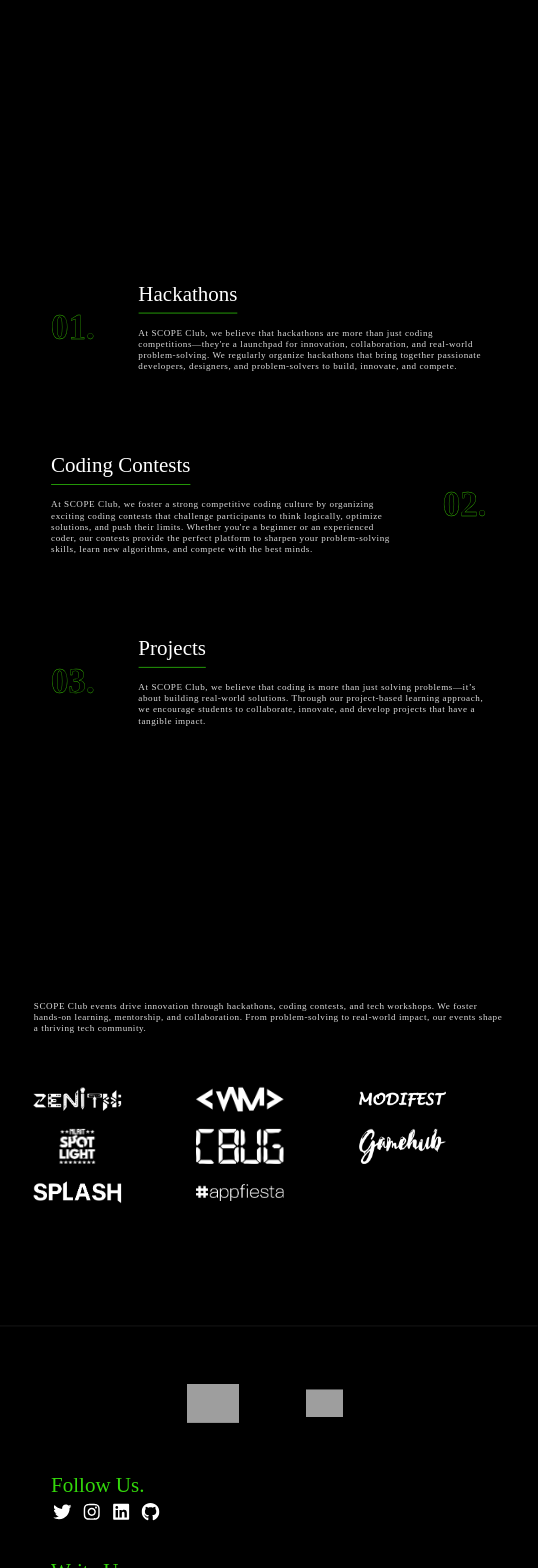
Repository: vajjipartisatwikraj/scopeclub
Page: /home
These files come from the project's save history. The page is drawn as it stood at one moment and after the next save; the edit follows.
The browser window is 768 px wide. The pictures show the part of the page from y = 1634 to 3874 px (the page is 4110 px tall before and 3950 px after), at 70% of full size.
Pictures or frames that could not be fetched are drawn as grey boxes. Some web fonts or font styles are not loaded; a fallback is used. The project was rebuilt for these pictures with package versions that can differ from the ones it lists, and the page was loaded fresh each time. Also part of the build but not shown: src/components/Team/Team.css, src/Assets/Data/TeamData.js, src/Assets/Data/TeamData22.js, src/Assets/Data/TeamData23.js, src/Assets/Data/TeamData24.js, src/Assets/Data/TeamData25.js, src/Assets/Data/TeamData26.js, src/Assets/Data/TeamData27.js and 15 more.

Above is the page before, as saved 2025-02-16 14:46:59.

### public/index.html
<!DOCTYPE html>
<html lang="en">
  <head>
    <meta charset="utf-8" />
    <link rel="icon" href="%PUBLIC_URL%/favicon.ico" />
    <!-- Bootstrap CSS -->

    <meta name="viewport" content="width=device-width, initial-scale=1" />
    <meta name="theme-color" content="#000000" />
    <meta
      name="description"
      content="Web site created using create-react-app"
    />
    <link rel="apple-touch-icon" href="%PUBLIC_URL%/logo192.png" />
    <!--
      manifest.json provides metadata used when your web app is installed on a
      user's mobile device or desktop. See https://developers.google.com/web/fundamentals/web-app-manifest/
    -->
    <link rel="manifest" href="%PUBLIC_URL%/manifest.json" />
    <!--
      Notice the use of %PUBLIC_URL% in the tags above.
      It will be replaced with the URL of the `public` folder during the build.
      Only files inside the `public` folder can be referenced from the HTML.

      Unlike "/favicon.ico" or "favicon.ico", "%PUBLIC_URL%/favicon.ico" will
      work correctly both with client-side routing and a non-root public URL.
      Learn how to configure a non-root public URL by running `npm run build`.
    -->
    <title>React App</title>
    <script type="module" src="https://unpkg.com/@splinetool/viewer@1.9.68/build/spline-viewer.js"></script>

    <link href="https://cdn.jsdelivr.net/npm/bootstrap@5.3.3/dist/css/bootstrap.min.css" rel="stylesheet" integrity="sha384-QWTKZyjpPEjISv5WaRU9OFeRpok6YctnYmDr5pNlyT2bRjXh0JMhjY6hW+ALEwIH" crossorigin="anonymous">
  </head>
  <body>
    <noscript>You need to enable JavaScript to run this app.</noscript>
    <div id="root"></div>
    <!--
      This HTML file is a template.
      If you open it directly in the browser, you will see an empty page.

      You can add webfonts, meta tags, or analytics to this file.
      The build step will place the bundled scripts into the <body> tag.

      To begin the development, run `npm start` or `yarn start`.
      To create a production bundle, use `npm run build` or `yarn build`.
    -->
    <script src="https://cdn.jsdelivr.net/npm/bootstrap@5.3.3/dist/js/bootstrap.bundle.min.js" integrity="sha384-YvpcrYf0tY3lHB60NNkmXc5s9fDVZLESaAA55NDzOxhy9GkcIdslK1eN7N6jIeHz" crossorigin="anonymous"></script>
  </body>
</html>

### src/App.js
import { BrowserRouter as Router, Routes, Route } from 'react-router-dom';
import Navbar from './components/Navbar';
import Home from './components/Home';
import Teams from './components/Team/Team';
import Events from './components/Events/Events';
import Resources from './components/resources/Resources';
import './App.css';
import { gsap } from 'gsap';
import { ScrollTrigger } from 'gsap/ScrollTrigger';
import React, { useEffect} from 'react';
import Footer from './components/Footer';
import ContactUs from './components/ContactUs/ContactUs';

gsap.registerPlugin(ScrollTrigger);

function App() {


  useEffect(() => {
    setTimeout(() => {
      const coords = { x: 0, y: 0 };
      const circles = document.querySelectorAll('.circle');
      if (circles.length === 0) return;

      circles.forEach((circle) => {
        circle.x = 0;
        circle.y = 0;
      });

      window.addEventListener('mousemove', (e) => {
        coords.x = e.clientX;
        coords.y = e.clientY;
      });

      function animateCircles() {
        let x = coords.x;
        let y = coords.y;

        circles.forEach((circle, index) => {
          if (!circle) return;

          circle.style.left = `${x - 12}px`;
          circle.style.top = `${y - 12}px`;
          circle.style.scale = (circles.length - index) / circles.length;
          circle.x = x;
          circle.y = y;

          const nextCircle = circles[index + 1] || circles[0];
          x += (nextCircle.x - x) * 0.3;
          y += (nextCircle.y - y) * 0.3;
        });

        requestAnimationFrame(animateCircles);
      }

      animateCircles();
    }, 100);
  }, []);

  return (
    <>
    <Router>
      <Navbar />
      <Routes>
        <Route path="/home" element={<Home />} />
        <Route path="/teams" element={<Teams />} />
        <Route path="/events" element={<Events />} />
        <Route path="/resources" element={<Resources />} />
        <Route path="/contact" element={<ContactUs />} />
      </Routes>
      <Footer/>
    </Router>
    {/* Cursor effect elements */}
    {[...Array(20)].map((_, index) => (
      <div key={index} className="circle"></div>
    ))}</>
  );
}

export default App;

### src/App.css

* {
  padding: 0px;
  margin: 0px;
}

::-webkit-scrollbar {
  display: none;
}

@font-face {
  font-family: "turnkey-bold";
  src: url(C:\Users\SATWIK\OneDrive\Desktop\scope-website\public\fonts\TurnkeyLite-Bold.otf)
    format("woff2");
  font-weight: normal;
  font-style: normal;
}

@font-face {
  font-family: "turnkey-medium";
  src: url(C:\Users\SATWIK\OneDrive\Desktop\scope-website\public\fonts\TurnkeyLite-Medium.otf)
    format("woff2");
  font-weight: normal;
  font-style: normal;
}

@font-face {
  font-family: "turnkey-light";
  src: url(C:\Users\SATWIK\OneDrive\Desktop\scope-website\public\fonts\TurnkeyLite-ExtraLight.otf)
    format("woff2");
  font-weight: normal;
  font-style: normal;
}


@font-face {
  font-family: 'MADE-OUTER-SANS';
  src: url('../public/fonts/MADEOuterSansBoldPERSONALUSE.otf') format('truetype');
}

.green-container {
  width: 100%;
  height: 112vh;
  display: flex;
  justify-content: center;
}

.inner-container {
  position: relative; /* Needed for absolute positioning */
  width: 95%;
  height: 85%;
  border-radius: 0px 0px 19.548px 19.548px;
  overflow: hidden;
  display: flex;
  justify-content: space-between;
  background: linear-gradient(
    180deg,
    rgba(0, 0, 0, 0.33) 0%,
    rgba(9, 16, 0, 0.37) 54.9%,
    rgba(35, 63, 0, 0.5) 76.4%,
    rgba(68, 124, 0, 0.5) 98.4%
  );
}

.circle-light {
  position: relative;
  top: 30%;
  left: 40%;
  width: 20%;
  height: 20%;
  border-radius: 500px;
  background-color: rgba(87, 201, 90, 0.5);
  filter: blur(303.035400390625px);
}

.grid-image-left {
  width: 40%;
  height: 100%;
  position: relative;
  bottom: 0%;
  background-image: url(C:\Users\SATWIK\OneDrive\Desktop\scope-website\public\images\Vector1.png);
  background-size: cover;
  background-size: contain;
  background-repeat: no-repeat;
  background-position: right bottom;
}

.grid-image-right {
  width: 40%;
  height: 100%;
  position: relative;
  bottom: 0%;
  background-image: url(C:\Users\SATWIK\OneDrive\Desktop\scope-website\public\images\Vector2.png);
  background-size: cover;
  background-size: contain;
  background-repeat: no-repeat;
  background-position: left bottom;
  z-index: 2;
}

.top-layer {
  position: absolute;
  z-index: 1;
  display: flex;
  align-items: center;
  flex-direction: column;
  align-items: center;
  top: 30%;
}

.head {
  font-family: turnkey-bold;
  color: white;
  font-size: 500%;
  letter-spacing: -2px;
  margin-bottom: 0px;
}

.highlighted {
  font-family: turnkey-bold;
  color: #36be00;
}

.caption {
  margin-top: 1%;
  font-family: turnkey-light;
  font-size: 16px;
  font-weight: 100;
  color: white;
  width: 60%;
  line-height: 154.513%; /* 25.29px */
  letter-spacing: 1px;
  text-align: center;
}

.hw-container {
  margin-bottom: 3%;
  width: 200px;
  height: 8vh;
  border-radius: 27.44px;
  border: 0.61px solid #36be00;
  box-shadow: 0px 0px 4.878px 2.439px rgba(54, 190, 0, 0.25);
  display: flex;
  align-items: center;
  justify-content: space-around;
  padding-left: 10px;
}

.hw-text {
  font-family: turnkey-light;
  font-size: 25px;
  color: white;
  margin: 0px;
  width: fit-content;
  text-overflow: ellipsis;
}

.hw-arrow {
  width: 20%;
  height: 90%;
  position: relative;
  background-image: url(C:\Users\SATWIK\OneDrive\Desktop\scope-website\public\images\arrow.png);
  background-size: cover;
  background-size: contain;
  background-repeat: no-repeat;
  background-position: center;
}

.fontChange {
  font-family: "Gill Sans", "Gill Sans MT", Calibri, "Trebuchet MS", sans-serif;
}

@keyframes expandCircle {
  0% {
    width: 0px;
    height: 0px;
    opacity: 0;
  }
  100% {
    width: var(--circle-size);
    height: var(--circle-size);
    opacity: 1;
  }
}

div.circles {
  width: 50%;
  height: 10vh;
  position: absolute;
  z-index: 1;
  display: flex;
  justify-content: center;
  align-items: center;
  top: 100%;
  left: 25%;
  opacity: 0.3;
}

div.circle1,
div.circle2,
div.circle3 {
  position: absolute;
  border-radius: 50%;
  animation: expandCircle 0.6s cubic-bezier(0.25, 1, 0.5, 1) forwards;
}

/* Circle 1 */
div.circle1 {
  --circle-size: 300px;
  background: rgba(0, 135, 4, 0.5);
  animation-delay: 0s;
}

/* Circle 2 */
div.circle2 {
  --circle-size: 400px;
  background: rgba(43, 145, 46, 0.2);
  animation-delay: 0.15s;
}

/* Circle 3 */
div.circle3 {
  --circle-size: 500px;
  background: rgba(43, 145, 46, 0.2);
  animation-delay: 0.3s;
}

.inside-scope {
  width: 100%;
  height: 100%;
  margin-top: 10%;
  margin-bottom: 10%;
  display: flex;
  align-items: center;
}

@keyframes expandBlurredCircle {
  from {
    width: 0;
    height: 0;
    opacity: 0;
    filter: blur(0px);
  }
  to {
    width: 40%;
    height: 80%;
    opacity: 1;
    filter: blur(200px);
  }
}

.is-circle-light {
  position: absolute;
  align-items: center;
  z-index: 1;
  height: 80%;
  width: 40%;
  border-radius: 500px;
  background: rgba(51, 217, 11, 0.25);
  filter: blur(200px);
  opacity: 0; /* Initially hidden */
  animation: expandBlurredCircle 1s ease-out forwards;
  animation-play-state: paused; /* Pause the animation initially */
}

/* Use a scroll-based approach to trigger the animation */
@media (prefers-reduced-motion: no-preference) {
  .is-circle-light {
    animation-play-state: running; /* Start the animation */
    animation-timeline: view();
  }
}

.is-top-layer {
  display: flex;
  align-items: center;
  justify-content: center;
  gap: 30px;
  z-index: 5;
  padding-left: 5%;
  padding-right: 5%;
}

.is-image {
  width: 130%;
  height: 70vh;
  overflow: hidden;
  display: flex;

  align-items: center;
}

spline-viewer {
  transform: scale(1.3); /* Adjust scale to zoom in */
  width: 120%; /* Make it wider */
  height: 120%; /* Make it taller */
}

.is-contents {
  align-items: start;
  display: flex;
  flex-direction: column;
  gap: 20px;
}

.is-head {
  font-family: turnkey-light;
  color: white;
  font-size: 5vw;
  letter-spacing: -2px;
  margin: 0px;
}

.is-caption {
  width: 80%;
  font-size: 18px;
  color: white;
  font-family: turnkey-light;
  line-height: 30px; /* 150% */
  letter-spacing: 0.05rem;
}

body {
  background-color: black;
  margin: 0;
}

.circle {
  height: 24px;
  width: 24px;
  border-radius: 50%;
  background-color: white;
  position: fixed;
  top: 0;
  left: 0;
  pointer-events: none;
  z-index: 99999999; /* Ensures it stays on top */
  opacity: 0.8;
  transition: transform 0.1s ease-out;
}

/*What do we do?*/

.wdwd {
  width: 100%;
  height: 100%;
  padding: 5%;
  display: flex;
  flex-direction: column;
  align-items: center;
  padding-top: 0px;
  padding-bottom: 0px;
}

.wdwd-head {
  font-size: 60px;
  font-family: turnkey-light;
  color: white;
}

.wdwd-main-container {
  margin: 150px;
  margin-top: 60px;
}

.wdwe-01-container,
.wdwe-02-container,
.wdwe-03-container {
  display: flex;
  align-items: center;
  padding-top: 50px;
  gap: 10%;
}

.wdwd-01-num,
.wdwd-02-num,
.wdwd-03-num {
  -webkit-text-stroke-width: 1px;
  -webkit-text-stroke-color: #36be00;
  color: transparent;
  font-family: turnkey-bold;
  font-size: 300px;
  font-style: normal;
  font-weight: 700;
  line-height: normal;
  transition: color 0.3s ease-in-out;
}

.wdwd-01,
.wdwd-02,
.wdwd-03 {
  display: flex;
  flex-direction: column;
  gap: 20px;
}

.wdwd-01-head,
.wdwd-02-head,
.wdwd-03-head {
  width: fit-content;
  padding-bottom: 10px;
  color: #fff;
  font-family: "FONTSPRING DEMO - Turnkey Medium";
  font-size: 50px;
  font-style: normal;
  font-weight: 500;
  line-height: normal;
  border-bottom: 4px solid #33d90b;
  margin: 0px;
}

.wdwd-01-content,
.wdwd-02-content,
.wdwd-03-content {
  color: #ffffffdb;
  font-family: turnkey-light;
  font-size: 16px;
  font-style: normal;
  font-weight: 100;
  line-height: normal;
  letter-spacing: 0.05rem;
}

/*brand-events */

.brand-events {
  height: 70vh;
  padding-top: 50px;
  margin-bottom: 200px;
  margin: 200px;
  display: flex;
  flex-direction: column;
  gap: 60px;
  margin-top: 0px;
}

.brand-events-top-container {
  display: flex;
  flex-direction: column;
  gap: 20px;
}


.brand-events-bottom-container {
  padding-bottom: 100px;
}

.brand-events-head {
  font-size: 60px;
  font-family: turnkey-bold;
  color: white;
}

.brand-events-caption {
  color: #ffffffdb;
  font-family: turnkey-light;
  font-size: 16px;
  font-style: normal;
  font-weight: 100;
  line-height: normal;
  letter-spacing: 0.05rem;
}

.logo-container {
  width: 100%;
  display: grid;
  gap: 60px;
  justify-content: center;
  align-items: center;
}

.logo {
  width: 60%;
  height: auto;
  object-fit: contain;
}

.line{
  color: #808080;
  height: 1px;
  width: 100%;
}

.footer-container{
  display: flex;
  flex-direction: column;
  align-items: center;
  justify-content: center;
  gap: 10%;
  height: 115%;
  padding: 5%;
}


.footer-bottom-container{
  width: 90%;
  display: flex;
  align-items: flex-start;
  gap: 15%;
  margin-top: 10%;
}

.footer-top-container{
  width: 100%;
  display: flex;
  padding: 4%;
  align-items: center;
  justify-content: center;
  gap: 70px;
  padding-bottom: 0px;
}

.scope,.mlrit{
  width: 20%;
  height: 7vh;
  position: relative;
  background-image: url(C:\Users\SATWIK\OneDrive\Desktop\scope-website\public\images\scope.png);
  background-size: cover;
  background-size: contain;
  background-repeat: no-repeat;
  background-position: center;
}

.mlrit{
  background-image: url(C:\Users\SATWIK\OneDrive\Desktop\scope-website\public\images\mlrit.png);
  height: 5vh;
}

.flwus-text,.writeus-text,.meet-text{
  font-family: turnkey-medium;
  font-size: 2.5rem;
  color: #33d90b;
}

.flwus-content,.writeus-content,.meet-content{
  font-family: turnkey-light;
  font-size: 1rem;
  color: #fff;
  letter-spacing: 0.05rem;
}

.social{
  display: flex;
}

.twitter,.instagram,.linkedIn,.github{
  height: 10vh;
  width: 30%;
  margin: 10px;
  margin-top: 0px;
  fill: #fff;
  cursor: pointer;
}

/* Desktop: 2x4 grid */
@media (min-width: 1024px) {
  .logo-container {
    grid-template-columns: repeat(4, 1fr);
    grid-template-rows: repeat(2, auto);
  }
}

/* Tablet: 3x3 grid */
@media (min-width: 768px) and (max-width: 1023px) {
  .logo-container {
    grid-template-columns: repeat(3, 1fr);
    grid-template-rows: repeat(3, auto);
  }
  .circle {
    visibility: hidden;
  }
}

/* Mobile: 3x3 grid */
@media (max-width: 768px) {


  .green-container{
    height: 100vh;
  }

  .hw-container {
    height: 6vh;
    width: 40%;
    padding-right: 5px;
  }

  .top-layer{
    top: 25%;
  }

  .head{
    text-align: center;
    margin-top: 5%;
    font-size: 50px;
    margin-bottom: 5%;
    line-height: 55px;
  }

  .caption{
    width: 80%;
    font-size: 15px;
  }


  .hw-text {
    font-size: 20px;
  }

  .inside-scope{
    margin-top: 0%;
  }

  .is-head{
    font-size: 13vw;

  }

  .is-caption{
    font-size: 13px;
    width: 100%;
    line-height: 20px;
    letter-spacing: 0.01rem;
  }

  .is-top-layer{
    flex-direction: column;
  }

  .is-image{
    height: 50vh;
    width: 200%;
  }
  /* Circle 1 */
  div.circle1 {
    --circle-size: 300px;
  }

  /* Circle 2 */
  div.circle2 {
    --circle-size: 400px;
  }

  /* Circle 3 */
  div.circle3 {
    --circle-size: 500px;
  }
  .circle {
    visibility: hidden;
    pointer-events: none;
  }

  .wdwd-head{
    font-size: 45px;
    margin-top: 30%;

  }

  .wdwd-main-container{
    display: flex;
    flex-direction: column;
    gap: 50px;
    margin: 5%;
  }

  .wdwd-01-num,
  .wdwd-02-num,
  .wdwd-03-num {
    font-size: 50px;
    width: fit-content;
    -webkit-text-stroke-width: 0.5px;
  }

  .wdwd-01-head,
  .wdwd-02-head,
  .wdwd-03-head {
    font-family: turnkey-bold;
    font-size: 30px;
    border-bottom: 1px solid #33d90b;
  }

  .wdwd-01-content,
  .wdwd-02-content,
  .wdwd-03-content {
    font-size: 13px;
  }

  .brand-events-head {
    font-size: 37px;
  }

  .brand-events {
    margin: 10px;
    padding: 5%;
    margin-top: 30%;
  }

  .brand-events-caption{
    font-size: 13px;
  }

  .logo-container {
    grid-template-columns: repeat(3, 1fr);
    grid-template-rows: repeat(3, auto);
    gap: 25px;
  }

  .flwus-text,.writeus-text,.meet-text{
    font-family: turnkey-medium;
    font-size: 30px;
    color: #33d90b;
  }

  .flwus-content,.writeus-content,.meet-content{
    font-size: 14px;
    letter-spacing: 0.2px;
  }


  .footer-top-container{
    gap: 5%;
  }

  .footer-bottom-container{
    flex-direction: column;
    gap: 50px;
  }

  .social{
    gap: 10px;
  }

  .twitter,.instagram,.linkedIn,.github{
    height: fit-content;
    width: 15%;
    margin: 3px;
    margin-top: 0px;
    fill: #fff;
    cursor: pointer;
  }

  .is-image {
    width: 100%;
    height: 70vh;
    overflow: hidden;
    display: flex;

    align-items: center;
  }

  spline-viewer {
    transform: scale(1.3); /* Adjust scale to zoom in */
    width: 120%; /* Make it wider */
    height: 120%; /* Make it taller */
  }

}

### src/components/Navbar.css
body {
  background-color: black;
}

.NAVBAR{
    position: fixed;
    top: 0px;
    width: 100%;
    z-index: 10;
}

.NAVBAR.hidden {
  transform: translateY(-100%);
}

.NAVBAR.visible {
  transform: translateY(0);
}

nav {
  margin-top: 1%;
  margin-left: 3%;
  margin-right: 3%;
}

.nav-item {
  display: flex;
  align-items: center;
}

.navbar-toggler-icon{
  background-image: url(C:\Users\SATWIK\OneDrive\Desktop\scope-website\public\images\nav.png);
  background-size: cover;
  background-size: contain;
  background-repeat: no-repeat;
  background-position: center;
}

ul.navbar-nav.mx-auto.mb-2.mb-lg-0.nav-bar {
  border: 1px solid white;
  border-radius: 100px;
  width: 45%;
  height: 55.089px;
  color: white;
  border-radius: 27.545px;
  border: 0.874px solid #363636;
  backdrop-filter: blur(5px);
  box-shadow: 0px 0px 3.498px 8.744px rgba(0, 0, 0, 0.25);
}

.nav-link,
.nav-link.active {
  font-size: 17px;
  font-family: turnkey-light;
  color: white !important;
}

.nav-link:hover{
  color: #36be00 !important;
}


.joinus-btn {
  width: 146px;
  height: 47.351px;
  border-radius: 32.751px;
  border: 1px solid rgba(255, 255, 255, 0.9);
  background: #36be00;
  font-family: turnkey-medium;
  color: white;
  font-size: 20px;
}

.scope-logo {
  width: 10%;
  height: 10vh;
  position: relative;
  background-image: url(C:\Users\SATWIK\OneDrive\Desktop\scope-website\public\images\scope-logo.png);
  background-size: cover;
  background-size: contain;
  background-repeat: no-repeat;
  background-position: center;
}


/* Desktop: 2x4 grid */
@media (min-width: 1024px) {

}

/* Tablet: 3x3 grid */
@media (min-width: 768px) and (max-width: 1023px) {

}


/* Mobile: 3x3 grid */
@media (max-width: 768px) {
  .scope-logo{
    width: 30%;
  }
  .nav-link.active {
    background-color: rgb(33, 33, 33);
    border-radius: 10px;
    padding: 10px 30px 10px 30px;
    width: 200%;
  }
  ul.navbar-nav.mx-auto.mb-2.mb-lg-0.nav-bar {
    display: flex;
    flex-direction: column;
    align-items: center;
    width: 100%;
    height: 100%;
    border-radius: 0px;
    border: 0px;
    background-color: black;
  }
  .joinus-btn{
    visibility: hidden;
    pointer-events: none;
  }
}

Loaded but not shown: src/index.js (common file); src/index.css (common file); src/reportWebVitals.js (common file); src/components/Home.js (163 lines, source omitted); src/components/Footer.js (38 lines, source omitted); src/components/Navbar.js (74 lines, source omitted)

After the next save:
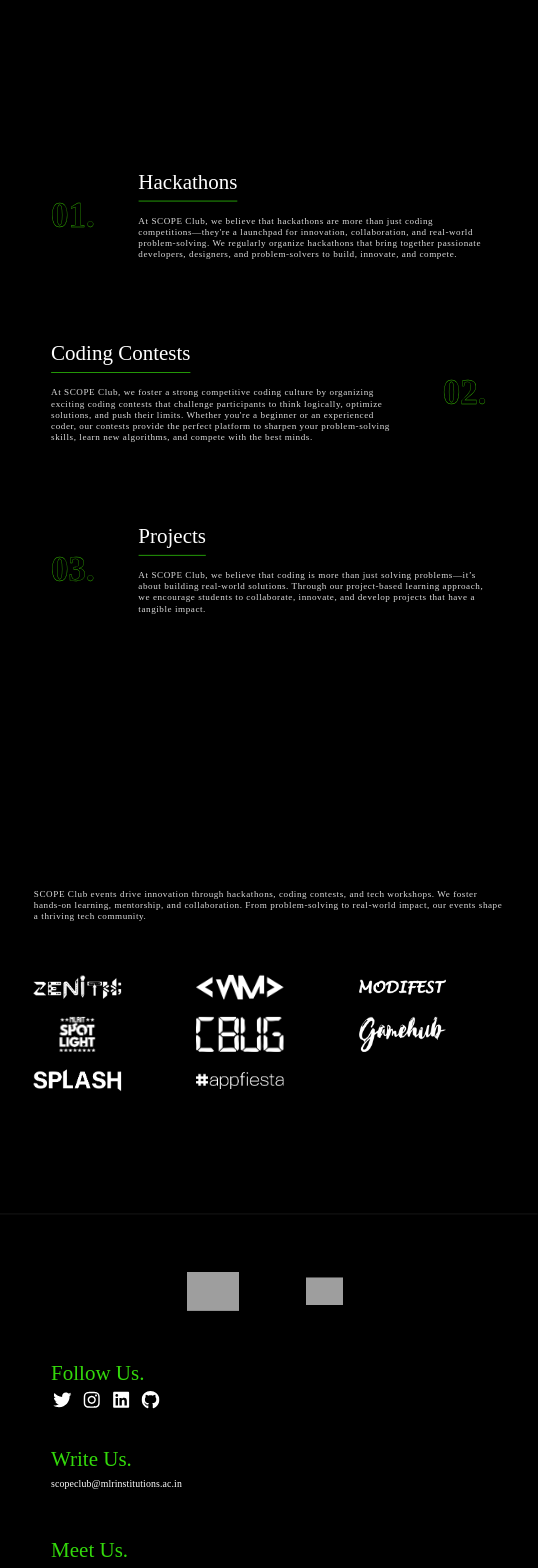
Saved 18 s later.
--- a/src/App.css
+++ b/src/App.css
@@ -741,7 +741,7 @@
 
   .is-image {
     width: 100%;
-    height: 70vh;
+    height: 50vh;
     overflow: hidden;
     display: flex;
 

After the save that followed:
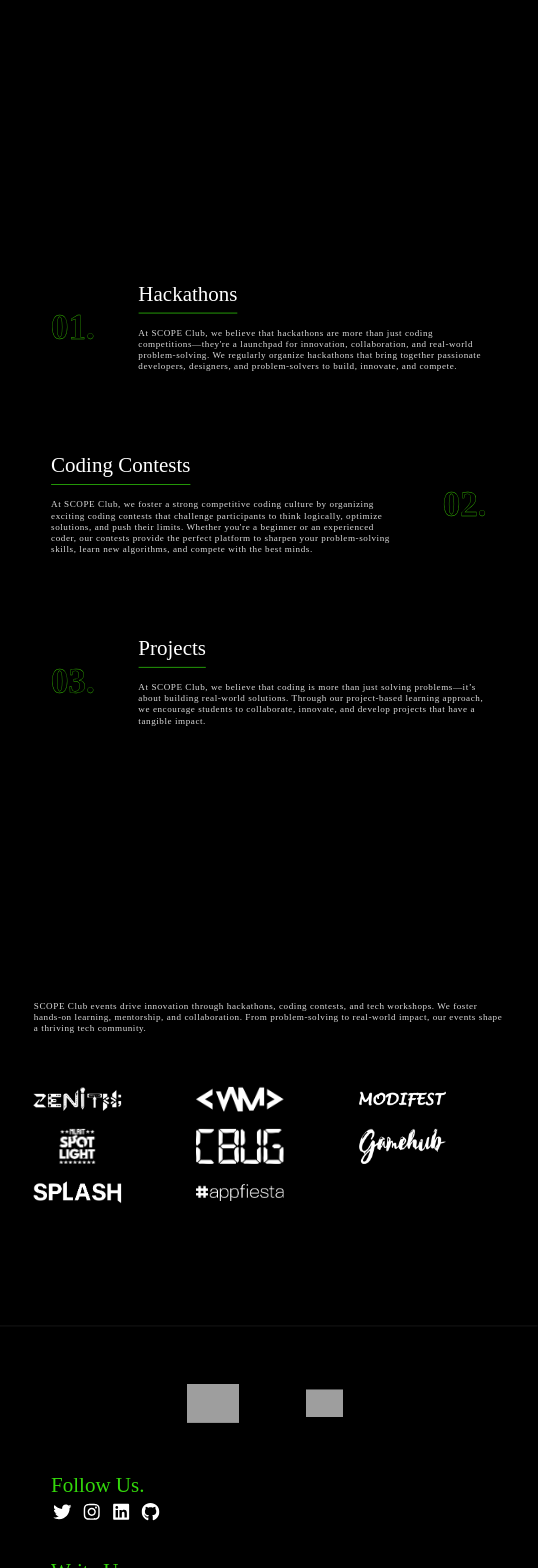
Saved 4 s later.
--- a/src/App.css
+++ b/src/App.css
@@ -741,7 +741,7 @@
 
   .is-image {
     width: 100%;
-    height: 50vh;
+    height: 70vh;
     overflow: hidden;
     display: flex;
 
